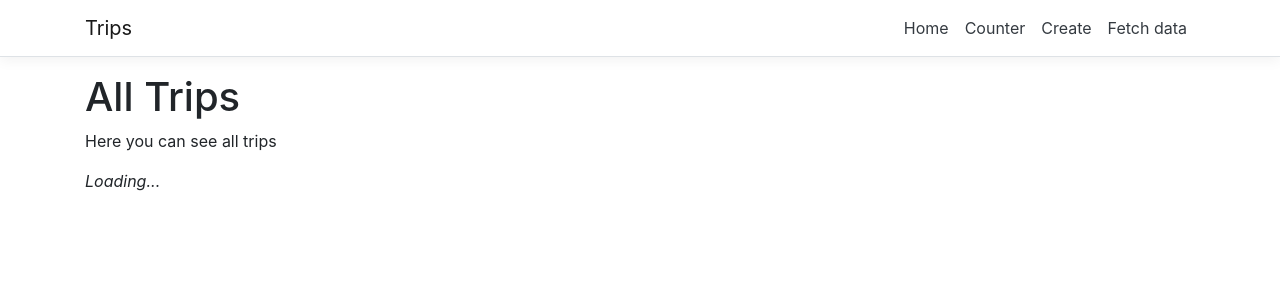
Repository: DevLuDaley/Trips
Page: /trips (app in ClientApp/)
The author's editor kept a copy of each file at every save. The page is drawn from the files as they stood at one save, then again after the next save.
The browser window is 1280 px wide. The pictures show the whole page.
The page's requests for data from a server got no answer. The project was rebuilt for these pictures with package versions that can differ from the ones it lists, and the page was loaded fresh each time. No one was signed in, and anything a server would have sent is missing. Also part of the build but not shown: ClientApp/src/components/Home.js, ClientApp/src/components/FetchData.js, ClientApp/src/components/Counter.js, ClientApp/src/components/Trip/CreateTrip.jsx.

Above is the page before, as saved 2020-11-06 11:37:21.

After the next save:
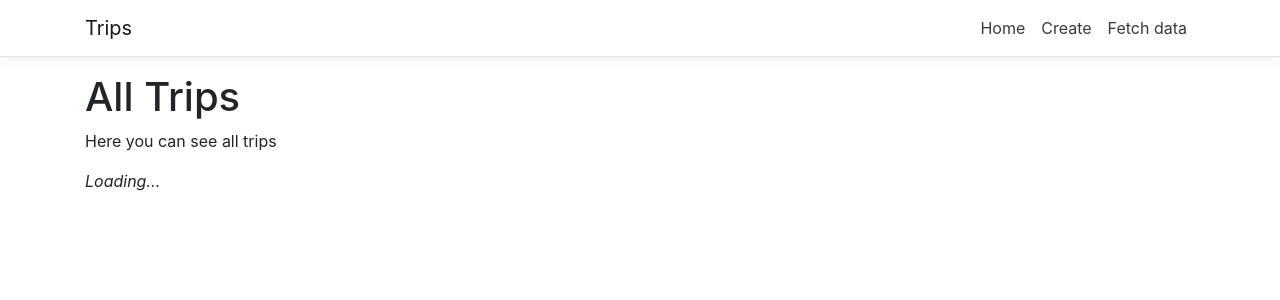
Saved 26 s later.
--- a/ClientApp/src/components/NavMenu.js
+++ b/ClientApp/src/components/NavMenu.js
@@ -33,9 +33,9 @@ export class NavMenu extends Component {
                 <NavItem>
                   <NavLink tag={Link} className="text-dark" to="/">Home</NavLink>
                 </NavItem>
-                <NavItem>
+                {/* <NavItem>
                   <NavLink tag={Link} className="text-dark" to="/counter">Counter</NavLink>
-                </NavItem>
+                </NavItem> */}
                 <NavItem>
                   <NavLink tag={Link} className="text-dark" to="/Create">Create</NavLink>
                 </NavItem>
